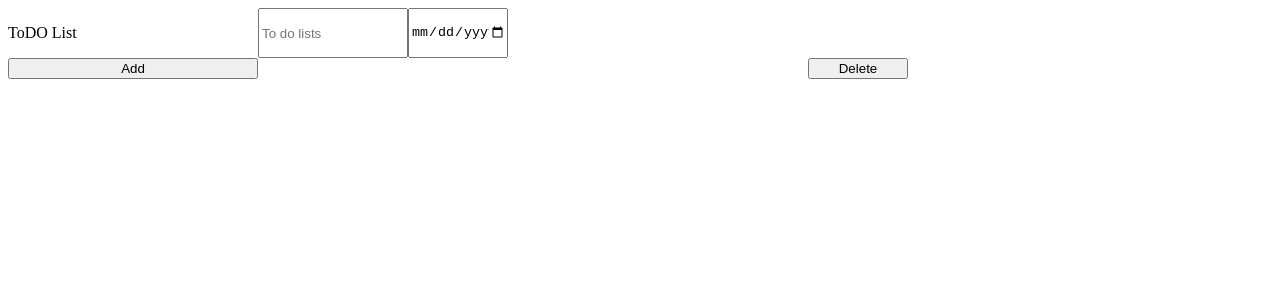
Repository: pgyunknown/ToDo-List
Page: index.html
These files come from the project's save history. The page is drawn as it stood at one moment and after the next save; the edit follows.
The browser window is 1280 px wide. The pictures show the whole page.

Above is the page before, as saved 2024-08-29 19:44:12.

### index.html
<!DOCTYPE html>
<html lang="en">
<head>
  <meta charset="UTF-8">
  <meta name="viewport" content="width=device-width, initial-scale=1.0">
  <link rel="stylesheet" href="index.css">
  <title>Document</title>
</head>
<body>
  <div class="grid-body">
  <p>ToDO List</p>
  <input placeholder="To do lists" class="js-name-input"><input type="date" class="js-date-b"><button onclick="addWork();">Add</button><br>

  <div class="js-todo-list todo-grid">text</div>

  </div>

  <script src="index.js"></script>
</body>
</html>

### index.css
.todo-grid{
  display: grid;
  grid-template-columns: 250px 150px 100px;
}

.grid-body{
  display: grid;
  grid-template-columns: 250px 150px 100px;
}

### index.js
const todoList=[{
  name:'',duedate:''
}
];

eventList();
function eventList(){
  let todoListHTML=' ';
  for(i=0;i<todoList.length;i++){
    const todoObj=todoList[i];
    const {name}=todoObj;
    const {duedate}=todoObj;
    const html=`
    <div >${name}</div>
    <div >${duedate}</div>
    <button onclick="todoList.splice(${i},1);
    eventList();">Delete</button>
    `;
    todoListHTML+=html;
}
console.log(todoListHTML) ;
document.querySelector('.js-todo-list').innerHTML=todoListHTML;
}
function addWork(){
  const inputElement=document.querySelector('.js-name-input');
  const name=inputElement.value;

  const dateinputElement=document.querySelector('.js-date-b');
  const duedate=dateinputElement.value;

  todoList.push({
    name:name,
    duedate:duedate
  });

  inputElement.value='';
  // console.log(todoList);
  eventList();
}

After the next save:
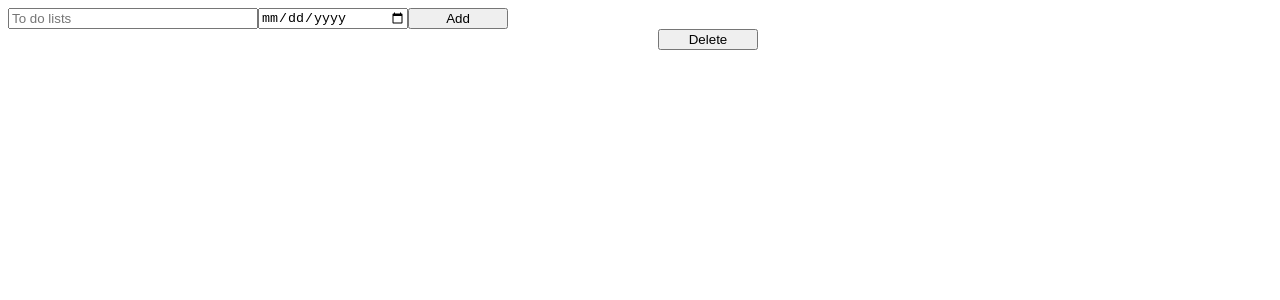
Saved 17 s later.
--- a/index.html
+++ b/index.html
@@ -8,7 +8,7 @@
 </head>
 <body>
   <div class="grid-body">
-  <p>ToDO List</p>
+
   <input placeholder="To do lists" class="js-name-input"><input type="date" class="js-date-b"><button onclick="addWork();">Add</button><br>
 
   <div class="js-todo-list todo-grid">text</div>
